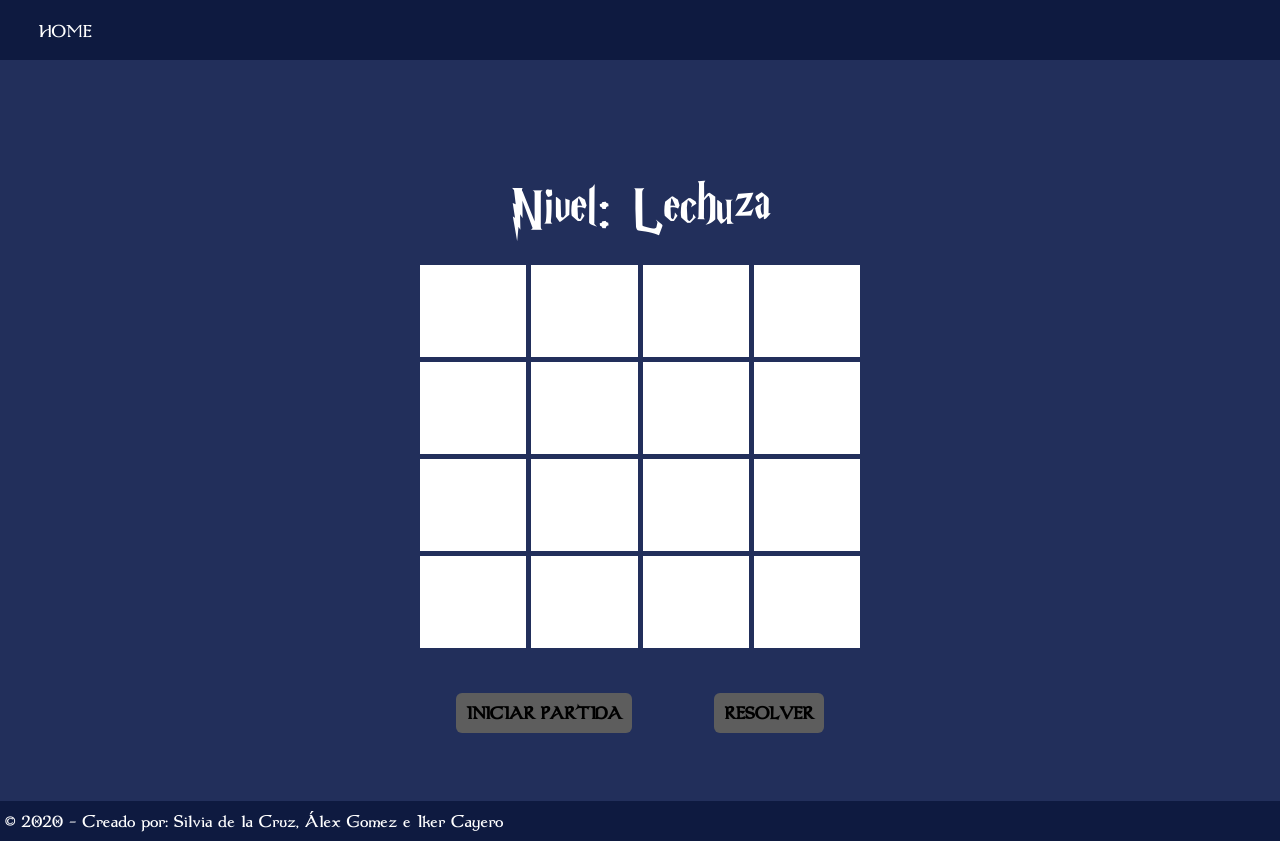
Repository: alexgomezdev/RavenclawSimon
Page: http://localhost/start.php?do=tryagain
An editor plug-in stored every save of this project. The page is shown before and after the next save, followed by the edit.
The browser window is 1280 px wide. The pictures show the whole page.
The page is run by PHP 8.4 with error messages shown; the project is at /var/www/html/.

Above is the page before, as saved 2020-11-03 23:33:33.

### start.php
<!DOCTYPE html>
<?php
session_start();
?>
<html lang="en">

<head>
    <link rel="stylesheet" href="templates/lib.css">
    <link rel="stylesheet" href="templates/start.css">
    <link rel="stylesheet" href="templates/general.css">
    <meta charset="UTF-8">
    <meta name="viewport" content="width=device-width, initial-scale=1.0">
    <title>Document</title>
</head>

<body>
    <header>
        <div id="home_link_div">
            <a href="index.php" id="home_link" accesskey="h">HOME</a>
        </div>
    </header>
    <div id="show_name">
        <?php
        if (isset($_POST['username'])) {
            $username = $_POST['username'];
            if (isset($_SESSION['user']) && $_SESSION['user'] != $_POST['username']) {
                session_unset();
            }
            if (isset($_SESSION['user'])) {
                echo 'Jugador: ' . $_SESSION['user'];
            } else {
                $_SESSION['user'] = $username;

                echo 'Jugador: ' . $_SESSION['user'];
            }
        } else {
            if (isset($_SESSION['user'])) {
                echo 'Jugador: ' . $_SESSION['user'];
            }
        }
        if (isset($_SESSION['lvl'])) {
            if ( isset($_GET["do"]) && $_GET["do"] == "next") {
                $_SESSION['lvl'] = $_SESSION['lvl'] + 1;
            }
        } else {
            $_SESSION['lvl'] = 0;
        }
        $archivo = file('templates/config.txt');
        $nivel = explode(";", $archivo[$_SESSION['lvl']]);
        $filas = explode("x", $nivel[1]);
        $randArray = [];
        $randNum = [];
        echo "</br>Nivel: " . $nivel[0];
        ?>
    </div>
    <script src="js/playing.js"></script>
    <div class=" maxwd just-cont-center ds-flex">
        <div>
            <?php

            for ($m = 1; $m <= $nivel[2]; $m++) {
                $randNum = rand(0, ($filas[0] * $filas[1]) - 1);
                if (in_array($randNum, $randArray)) {
                    $m = $m - 1;
                } else {
                    array_push($randArray, $randNum);
                }
            }
            //echo "<PRE>" . print_r($_SESSION['lvl'], true) . "</PRE>";
            //0. NOM, 1. MATRIU, 2. PINTAR 3. SEGS, 4.CODI

            $cont = 0;
            //echo "<PRE>" . var_export($nivel, true) . "</PRE>";

            echo " <table class='tg'><tbody>";
            for ($i = 1; $i <= $filas[0]; $i++) {
                echo "<tr>";
                for ($x = 1; $x <= $filas[1]; $x++) {
                    if (in_array($cont, $randArray)) {
                        echo "<td class='tg plus'  id='. $cont . ' onclick='choose(this.id)' '></td>";
                        $cont = $cont + 1;
                    } else {
                        echo "<td class='tg' id='. $cont . ' onclick='choose(this.id)'></td>";
                        $cont = $cont + 1;
                    }
                }
                echo "</tr>";
            }
            echo " </tbody> </table>";
            //echo "<PRE>" . print_r($filas, true) . "</PRE>";
            ?>

            <div class=" ds-flex just-space-around">
                <a class="btn-start" onclick="showNices()" accesskey="i">INICIAR PARTIDA</a>
                <a class="btn-start" onclick="winorlose()" accesskey="s">RESOLVER</a>
            </div>
        </div>
    </div>
    <footer>
        <div id="footer_content">
            &#0169 2020 - Creado por: Silvia de la Cruz, Álex Gomez e Iker Cayero
        </div>
    </footer>
    <script type="text/javascript" src="main.js"></script>
</body>

</html>

### templates/config.txt
Lechuza;4x4;5;3;AA11
Duendecillo;4x4;7;3;AZ21
Centauro;4x4;8;2.5;BA3G
Trol;4x4;10;2.5;S7R
Hipogrifo;5x5;7;3.5;R67T
Gigante;5x5;10;3;78K5
Dementor;5x5;13;3;OPH0
Cancerbero;5x5;14;2.5;I796
Dragón;5x5;15;2.5;9UGG
Basilisco;6x6;16;3;6GPD

### templates/lib.css
.maxwd {
  width: 100%;
}

.ds-flex {
  display: flex;
}
.just-cont-center {
  justify-content: center;
}
.just-space-around {
  justify-content: space-around;
}

### templates/start.css
.tg {
  border-collapse: collapse;
  border-width: 5px;
  width: 450px;
  height: 90px;
  background-color: white;
  border-style: solid;
  border-color: #222f5b;
}

#show_name {
  color: #ffffff;
  font-family: "Harry_Potter";
  font-size: 60px;
  width: 100%;
  text-align: center;
  margin-top: 120px;
  margin-bottom: 20px;
}

table {
  width: 100px;
}

.nice {
  background-color: #946b2d;
}

.btn-start {
  text-decoration: none;
  padding: 10px;
  font-weight: 600;
  font-size: 20px;
  background-color: #5d5d5d;
  border-radius: 6px;
  margin-top: 40px;
  margin-bottom: 100px;
}

a:-webkit-any-link {
  color: black;
}

.btn-start:hover {
  color: #5d5d5d;
  background-color: #ffffff;
}

### templates/general.css
@font-face {
  font-family: "Harry_Potter";
  src: url("../templates/typography/HARRYP.TTF") format("truetype");
}

@font-face {
  font-family: "Dumbledore";
  src: url("../templates/typography/dumbledor.1.ttf") format("truetype");
}

html {
  min-height: 100%;
  position: relative;
}

body {
  font-family: "Dumbledore";
  background-color: #222f5b;
}

header {
  background-color: #0e1a40;
  top: 0;
  left: 0;
  position: fixed;
  width: 100%;
  height: 60px;
  display: inline-flex;
}

#home_link_div {
  margin-left: 3%;
  padding-top: 9px;
  text-align: center;
  width: 3%;
  height: 100%;
  margin-right: none;
}

#home_link {
  display: flex;
  justify-content: center;
  align-items: center;
  color: #ffffff;
  font-size: 20px;
  text-decoration: none;
  width: min-content;
  height: 60%;
  margin-top: 10%;
  margin-bottom: 10%;
}

#title {
  color: #ffffff;
  font-family: "Harry_Potter";
  font-size: 60px;
  width: 100%;
  text-align: center;
  margin-top: 120px;
}

main {
  width: 100%;
}

footer {
  color: #ffffff;
  background-color: #0e1a40;
  bottom: 0;
  left: 0;
  position: absolute;
  width: 100%;
  height: 30px;
  display: flex;
  padding-top: 10px;
  clear: both;
}

#footer_content {
  margin-left: 5px;
  color: #ffffff;
  font-size: 20px;
  vertical-align: center;
  height: 60%;
}

### js/playing.js
var tdscorrects = document.getElementsByClassName('plus');
function hideNices (){
    for (const key of tdscorrects) {
        key.classList.remove('nice');
    }
    document.getElementById("solve_button").removeAttribute('disabled');
    var clickable = document.getElementsByClassName('tg');
    var clickable = document.getElementsByClassName('tg');
    for (const x of clickable) {
        x.setAttribute('onclick', 'choose(this.id)');
    }
    startTime =new Date();
};
function showNices(){
    for (const x of tdscorrects) {
            x.classList.add('nice');
        }
    setTimeout(hideNices,4000)
    };

function choose(id) {
    var elem = document.getElementById(id)
    if (elem.classList.contains('nice')){
        elem.classList.remove('nice');
    }else{
        elem.classList.add('nice');
    }
};

function winorlose() {
    endTime = new Date();
    var intervalTime = endTime - startTime ;
    intervalTime = intervalTime/100;
    timeToReturn = Math.round(intervalTime);
    var playResut = document.getElementsByClassName('plus nice');
    var contNice = document.getElementsByClassName('nice')
    if ((contNice.length == tdscorrects.length) && ((playResut.length == tdscorrects.length)) ){
        window.open("success.php?tiempo="+timeToReturn, "_self");
    }else{
        window.open("gameOver.php", "_self");
    }
    // alert(playResut.length);
};

### main.js
function cambia_color() {
    celda= document.getElementById("celda"+document.fcolor.celda.value)
    celda.style.backgroundColor=document.fcolor.micolor.value
}

After the next save:
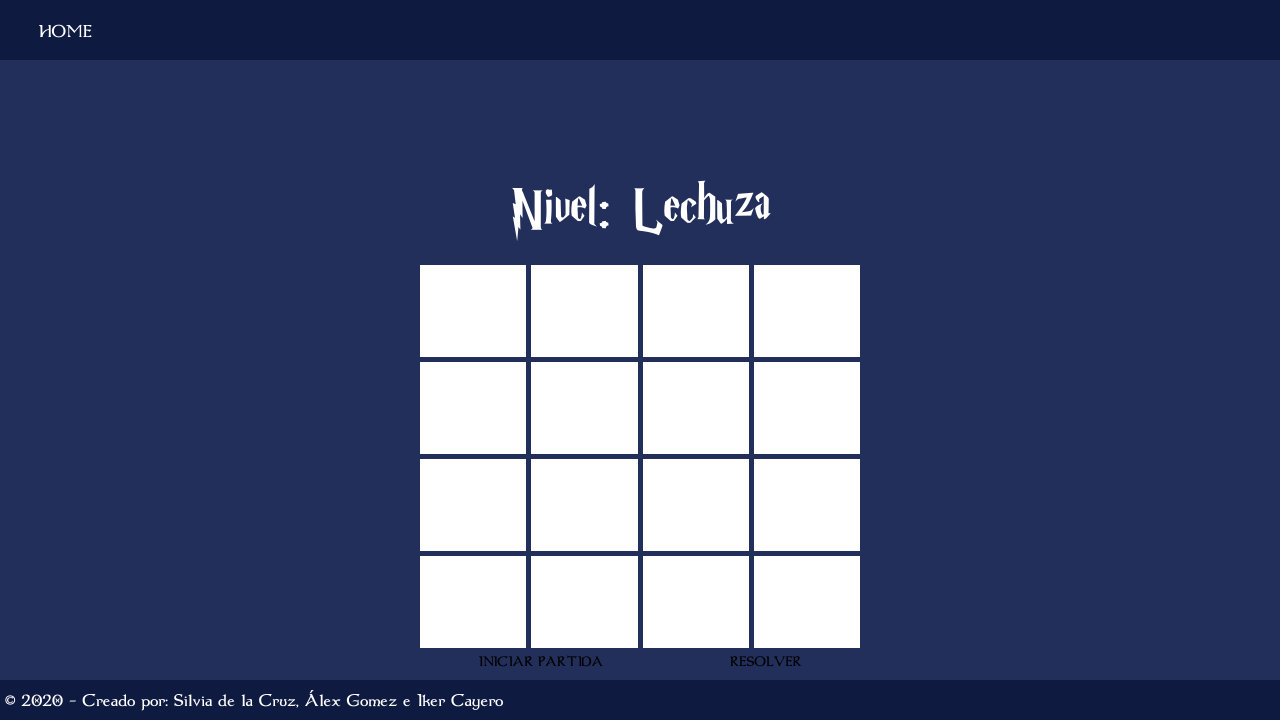
Saved 1 s later.
--- a/templates/start.css
+++ b/templates/start.css
@@ -19,29 +19,37 @@
 }
 
 table {
-  width: 100px;
+  width: 100%;
+  margin:  0 auto;
 }
+
 
 .nice {
   background-color: #946b2d;
 }
 
-.btn-start {
-  text-decoration: none;
-  padding: 10px;
-  font-weight: 600;
-  font-size: 20px;
-  background-color: #5d5d5d;
-  border-radius: 6px;
-  margin-top: 40px;
+#button_div {
+  display: inline-block;
+  margin-top: 50px;
   margin-bottom: 100px;
+  text-align: center;
+  width: 100%;
 }
 
-a:-webkit-any-link {
-  color: black;
+.button_play {
+  border-radius: 15px;
+  background-color: #919191;
+  font-family: "Dumbledore";
+  font-size: 20px;
+  width: 20%;
+  height: 100%;
 }
 
-.btn-start:hover {
+.button_play:hover {
   color: #5d5d5d;
   background-color: #ffffff;
 }
+
+.choosed {
+  background-color: aqua;
+}
